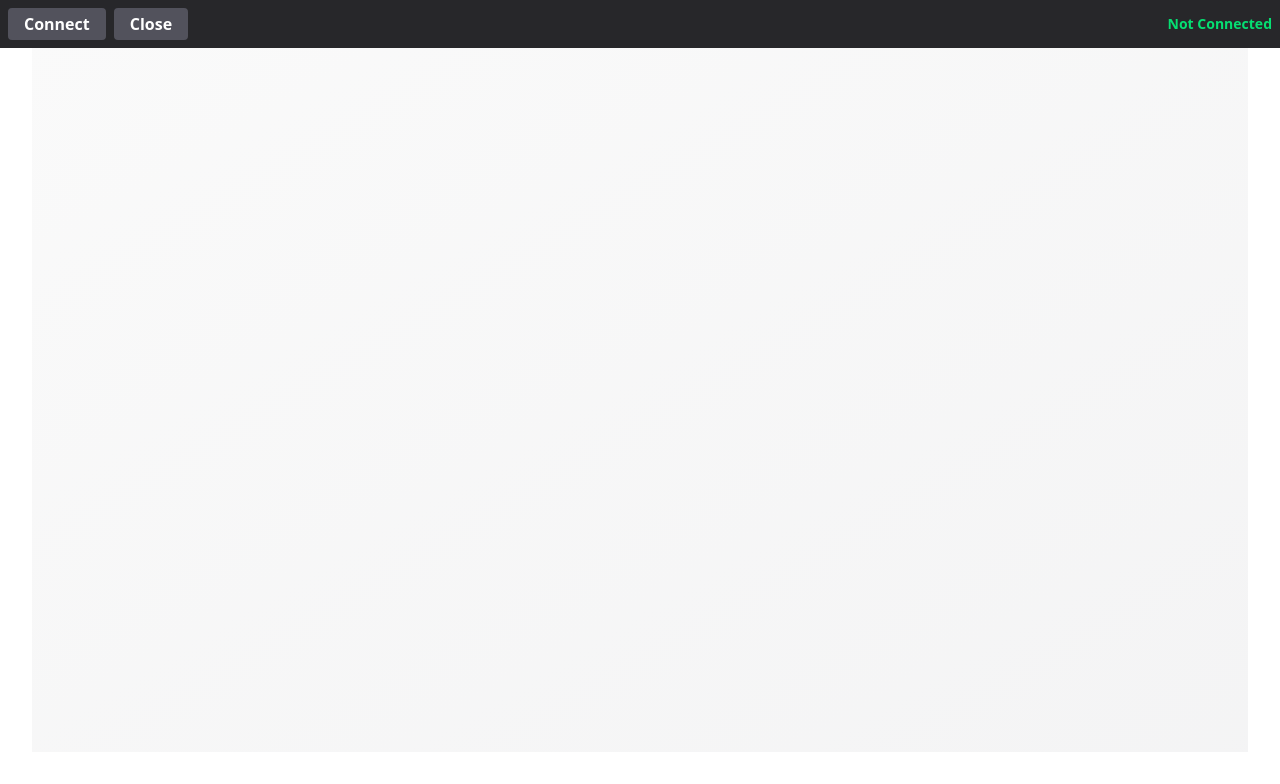
Repository: aryan151pratap/Dashboard
Page: / (app in frontened/)
These files come from the project's save history. The page is drawn as it stood at one moment and after the next save; the edit follows.
The browser window is 1280 px wide. The pictures show the whole page.
The project was rebuilt for these pictures with package versions that can differ from the ones it lists, and the page was loaded fresh each time. Also part of the build but not shown: frontened/vite.config.js, frontened/src/component/connect.jsx.

Above is the page before, as saved 2025-06-24 14:45:36.

### frontened/index.html
<!doctype html>
<html lang="en">
  <head>
    <meta charset="UTF-8" />
    <link rel="icon" type="image/svg+xml" href="/vite.svg" />
    <meta name="viewport" content="width=device-width, initial-scale=1.0" />
    <title>Dashboard</title>
    <script src="https://cdn.jsdelivr.net/npm/@tailwindcss/browser@4"></script>

  </head>
  <body>
    <div id="root"></div>
    <script type="module" src="/src/main.jsx"></script>
  </body>
</html>

### frontened/src/App.jsx
import { useState } from 'react'
import './App.css'
import Dashboard from './component/dashboard'

function App() {

  return (
    <>
    <div className='h-screen w-full'>
      <Dashboard/>
    </div>
    </>
  )
}

export default App

### frontened/src/component/dashboard.jsx
import Bar from "./bar";

function Dashboard(){
	return(
		<>
		<div className="h-full w-full bg-gradient-to-br from-zinc-50 to-zinc-100">
			<Bar/>
		</div>
		</>
	)
}

export default Dashboard;

### frontened/src/component/bar.jsx
import { useState } from "react";
import Connect from "./connect";
import Left_bar from "./left_bar";
import Right_bar from "./right_bar";

function Bar() {
  const [buttons] = useState(["connect", "close"]);
  const [showModal, setShowModal] = useState(false);
  const [uri, setUri] = useState("");
  const [connected, setConnected] = useState(false);

  return (
    <div>
		{/* Top Navbar */}
		<div className="w-full fixed top-0 left-0 flex justify-between items-center p-2 bg-zinc-800 text-white z-10">
			<div className="flex gap-2">
			{buttons.map((i, index) => (
				<button
				key={index}
				onClick={() => i === "connect" && setShowModal(true)}
				className="capitalize font-semibold bg-zinc-600 px-4 py-1 rounded hover:bg-zinc-700"
				>
				{i}
				</button>
			))}
			</div>
			<p className="font-semibold text-green-400 text-sm">
			{connected ? "Connected" : "Not Connected"}
			</p>
		</div>



		{showModal && (
			<Connect
				uri={uri}
				setUri={setUri}
				setConnected={setConnected}
				setShowModal={setShowModal}
			/>
		)}
    </div>
  );
}

export default Bar;

### frontened/src/component/left_bar.jsx
import { useState } from "react";
import clusterData from "../data/clusterData";

function Left_bar(){
	const [current_database, setCurrent_database] = useState(null);

	const handle_current_database = function(i){
		setCurrent_database(i);
	}

	const handle_current_collections = function(i){
		console.log(i);
	}

	return(
		<>
		<div className="shrink-0 h-fit sm:h-full w-full pt-12 sm:w-fit bg-zinc-200 border-b sm:border-r">

			<div className="flex flex-row border-b">
				<button className={`sm:w-full sm:text-center font-bold px-2 py-2 ${current_database === null ? 'text-white bg-zinc-700' : 'text-zinc-700'}`}
					onClick={() => setCurrent_database(null)}
				>
					{current_database ?
					<span>{current_database.name}</span>
					:
					<span>Databases</span>
					}
				</button>

				{current_database &&
					<button className={`sm:text-center font-bold px-4 py-2 ${current_database !== null ? 'text-white bg-zinc-700' : 'text-zinc-700'}`}>Collections</button>
				}
			</div>


			<ul className="text-sm flex sm:flex-col flex-row">
			{current_database ?
			<>
				{current_database.collections.map((i, index) => (
					<li key={index} className="hover:underline cursor-pointer border-r sm:border-r-0 sm:border-b px-4 py-2"
					onClick={() => handle_current_collections(i)}
					>
						{i}
					</li>
				))}
			</>
			:
			<>
				{clusterData.databases.map((i, index) => (
					<li key={index} className="hover:underline cursor-pointer border-r sm:border-r-0 sm:border-b px-4 py-2"
					onClick={() => handle_current_database(i)}
					>
						{i.name}
					</li>
				))}
			</>
			}
			</ul>
		</div>
		</>
	)
}

export default Left_bar;

### frontened/src/component/right_bar.jsx
function Right_bar(){
	return(
		<>
		<div className="w-full pt-14 p-4">
			<h1 className="text-xl font-bold mb-2 text-zinc-700">Dashboard Output</h1>
			<div className="bg-white p-4 border rounded shadow text-sm text-zinc-800">
			<p>Welcome to Mongo Dashboard</p>
			<p>Connect to a MongoDB URI to begin monitoring data.</p>
			</div>
		</div>
		</>
	)
}

export default Right_bar;

### frontened/src/data/clusterData.js
const clusterData = {
  name: "iotCluster",
  uri: "mongodb+srv://admin:pass@iotcluster.mongodb.net", // optional metadata
  databases: [
    {
      name: "sensorDB",
      collections: ["temperature", "humidity", "pressure"]
    },
    {
      name: "deviceLogs",
      collections: ["bootLogs", "errorLogs", "runtimeStats"]
    },
    {
      name: "statusDB",
      collections: ["uptime", "statusHistory", "batteryHealth"]
    }
  ]
};

export default clusterData;

Loaded but not shown: frontened/src/main.jsx (common file); frontened/src/App.css (common file)

After the next save:
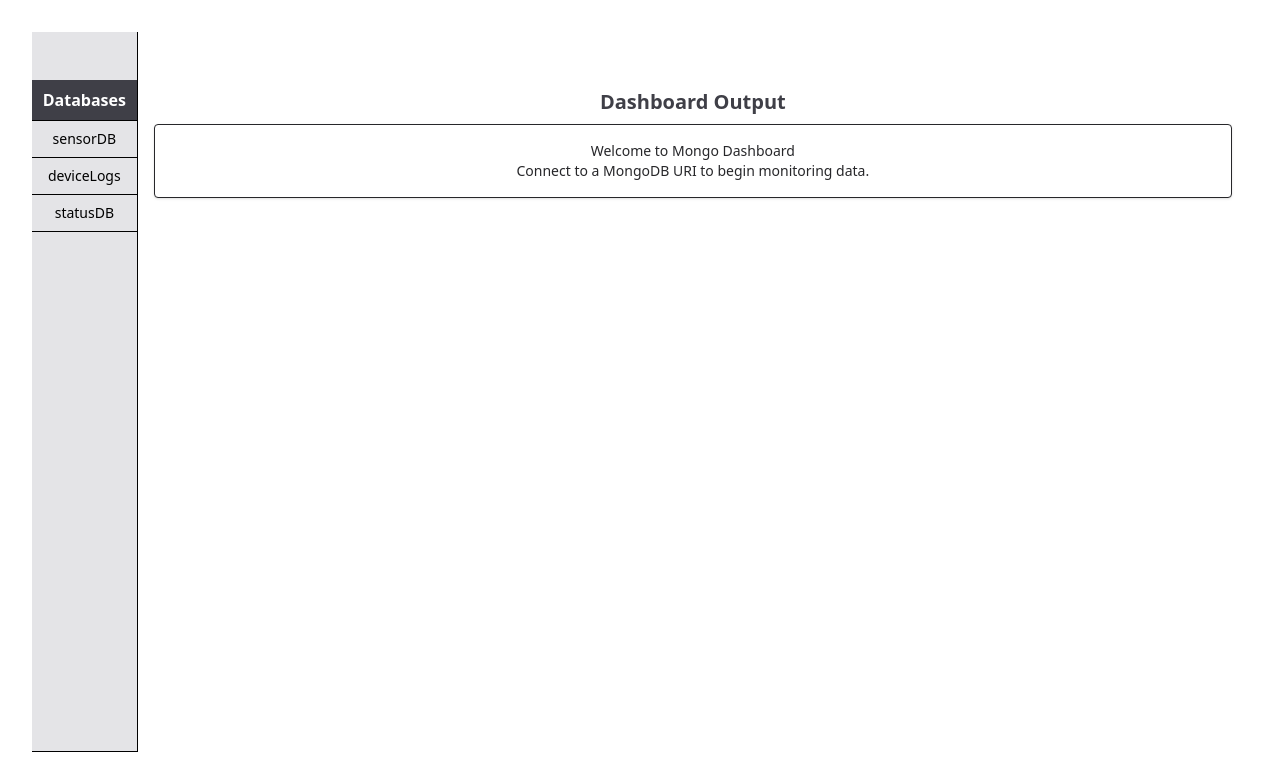
Saved 79 s later.
--- a/frontened/src/component/dashboard.jsx
+++ b/frontened/src/component/dashboard.jsx
@@ -1,10 +1,16 @@
-import Bar from "./bar";
+
+import Left_bar from "./left_bar";
+import Right_bar from "./right_bar";
 
 function Dashboard(){
 	return(
 		<>
-		<div className="h-full w-full bg-gradient-to-br from-zinc-50 to-zinc-100">
-			<Bar/>
+		<div className="h-screen flex sm:flex-row flex-col">
+
+			<Left_bar/>
+
+			<Right_bar/>
+
 		</div>
 		</>
 	)
